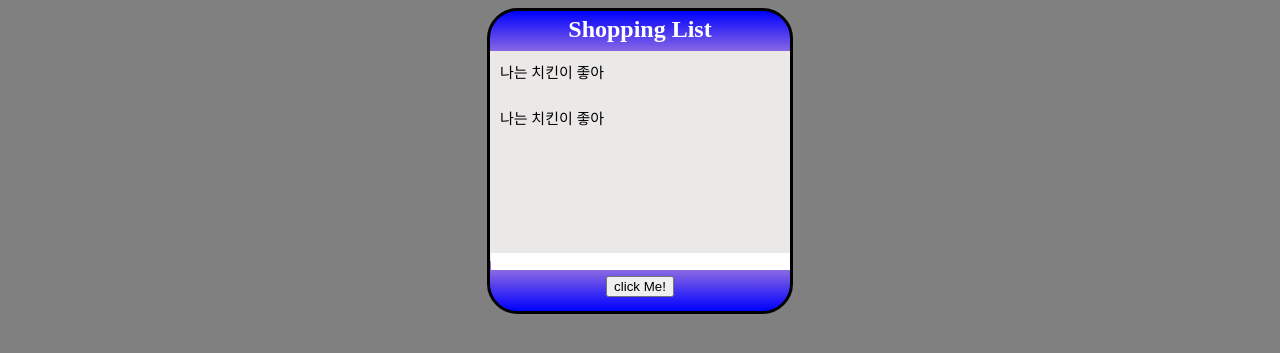
Repository: DevMinwoo-Jung/JavaScript101
Page: WebApIs/shoppingApp/index.html
These files come from the project's save history. The page is drawn as it stood at one moment and after the next save; the edit follows.
The browser window is 1280 px wide. The pictures show the whole page.

Above is the page before, as saved 2021-06-14 13:06:27.

After the next save:
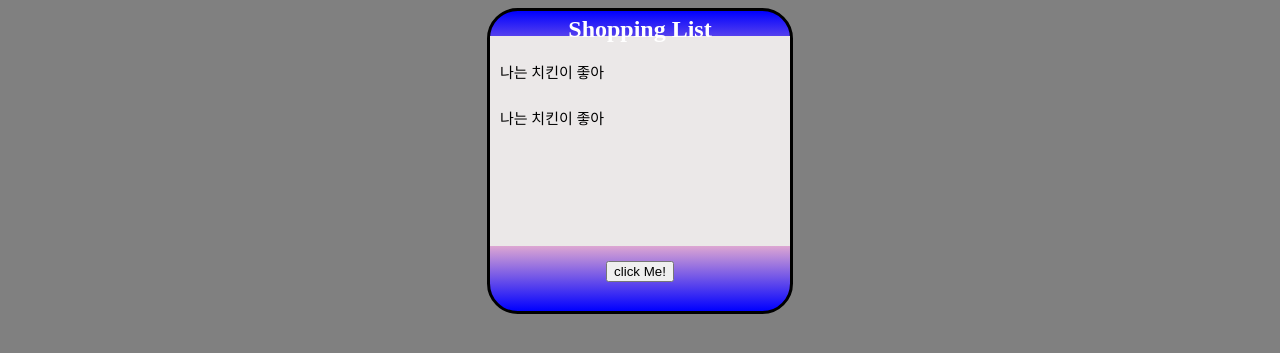
Saved 57 s later.
--- a/WebApIs/shoppingApp/style.css
+++ b/WebApIs/shoppingApp/style.css
@@ -31,6 +31,7 @@ body {
 .item__list {
   height: 210px;
   background-color: var(--background-color);
+  overflow: scroll;
 }
 
 .item__list p {
